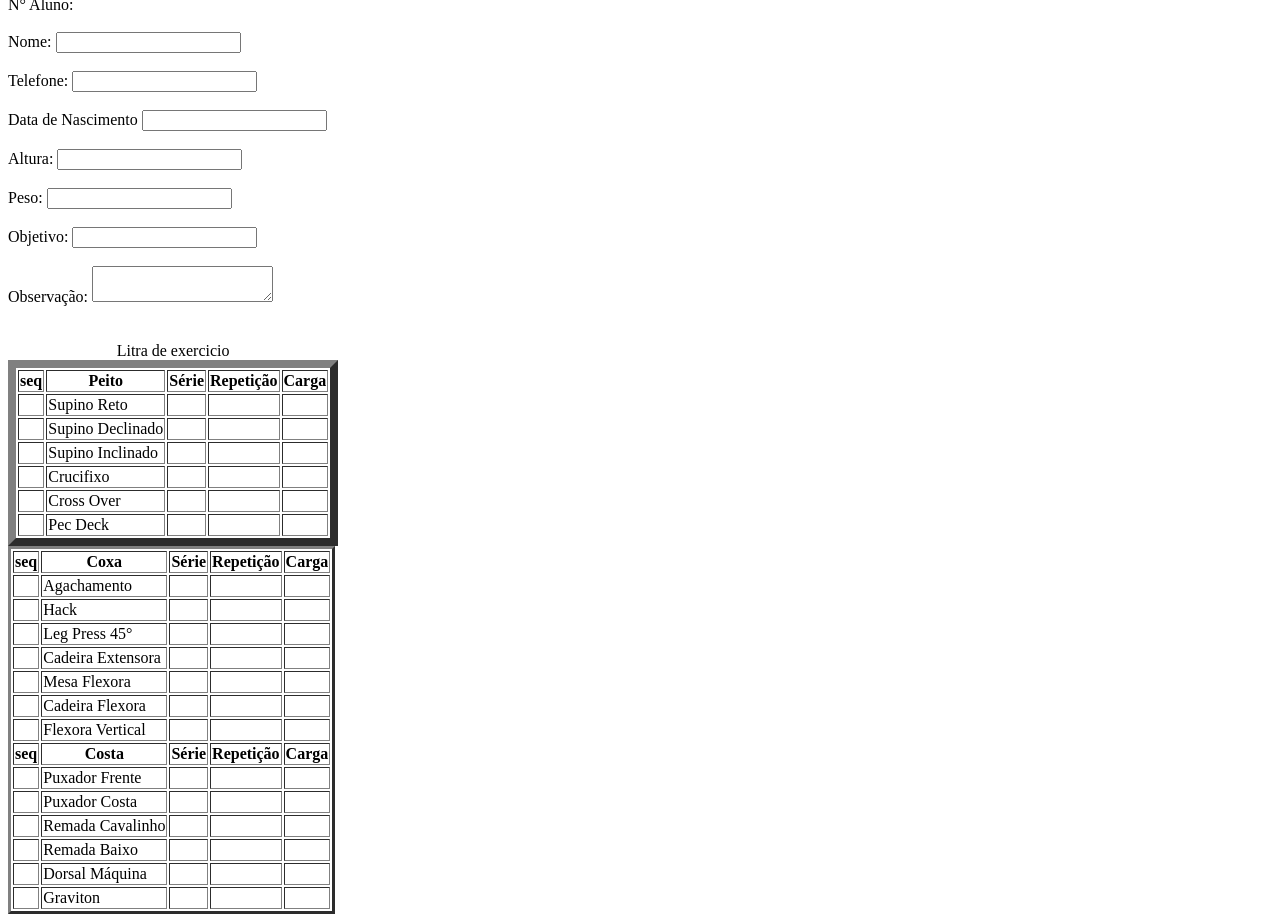
Repository: luisjonson/ProjetoWebAcademia
Page: Projeto_Web/RepositorioWebProject/WebContent/FichaAluno.html
These files come from the project's save history. The page is drawn as it stood at one moment and after the next save; the edit follows.
The browser window is 1280 px wide. The pictures show the part of the page from y = 340 to 1262 px (the page is 1262 px tall before and 1254 px after).
A picture or video elsewhere on the page could not be fetched, so the positions and the page height are approximate.

Above is the page before, as saved 2017-04-05 02:37:49.

### Projeto_Web/RepositorioWebProject/WebContent/FichaAluno.html
<!DOCTYPE html>
<html>
<head>
<meta charset="utf-8">
<title>Insert title here</title>
</head>

<figure>
	<img alt="Smart-Fit"
		src="C:/Users/nano/workspace/Projeto_Web/RepositorioWebProject/WebContent/WEB-INF/Imagem/Smart.png">
</figure>

<body>



	<form action="Cadastro" method="post">



		 <label>N° Aluno:</label><br><br>
		 <label>Nome: <input  name="nome" ></label><br><br>
		 <label>Telefone: <input name="telefone" ></label><br><br>
		 <label>Data de Nascimento <input name="dataDeNascimento"></label><br><br>
		 <label>Altura: <input type="text" name="Altura" required ></label><br><br>
		 <label>Peso: <input name="Peso" ></label><br><br>
		 <label>Objetivo: <input name="objetivo" ></label><br><br>
		 		Observação: <textarea name="obsevação"></textarea>
	</form><br><br>

	<table border="8">

		<caption>Litra de exercicio</caption>

			<tr>
				<th>seq</th>
				<th>Peito</th>
				<th>Série</th>
				<th>Repetição</th>
				<th>Carga</th>
			</tr>


			<tr>
				<td></td>
				<td>Supino Reto</td>
				<td></td>
				<td></td>
				<td></td>
			</tr>

				<tr>
				<td></td>
				<td>Supino Declinado</td>
				<td></td>
				<td></td>
				<td></td>
			</tr>

				<tr>
				<td></td>
				<td>Supino Inclinado</td>
				<td></td>
				<td></td>
				<td></td>
			</tr>

				<tr>
				<td></td>
				<td>Crucifixo</td>
				<td></td>
				<td></td>
				<td></td>
			</tr>

				<tr>
				<td></td>
				<td>Cross Over</td>
				<td></td>
				<td></td>
				<td></td>
			</tr>

				<tr>
				<td></td>
				<td>Pec Deck</td>
				<td></td>
				<td></td>
				<td></td>
			</tr>

	</table>

	<table  border="3">

	    	<tr>
				<th>seq</th>
				<th>Coxa</th>
				<th>Série</th>
				<th>Repetição</th>
				<th>Carga</th>
			</tr>

			<tr>
				<td></td>
				<td>Agachamento</td>
				<td></td>
				<td></td>
				<td></td>
			</tr>

			<tr>
				<td></td>
				<td>Hack</td>
				<td></td>
				<td></td>
				<td></td>
			</tr>

			<tr>
				<td></td>
				<td>Leg Press 45°</td>
				<td></td>
				<td></td>
				<td></td>
			</tr>

			<tr>
				<td></td>
				<td>Cadeira Extensora</td>
				<td></td>
				<td></td>
				<td></td>
			</tr>

			<tr>
				<td></td>
				<td>Mesa Flexora</td>
				<td></td>
				<td></td>
				<td></td>
			</tr>

			<tr>
				<td></td>
				<td>Cadeira Flexora</td>
				<td></td>
				<td></td>
				<td></td>
			</tr>

			<tr>
				<td></td>
				<td>Flexora Vertical</td>
				<td></td>
				<td></td>
				<td></td>
			</tr>

			<tr>
				<th>seq</th>
				<th>Costa</th>
				<th>Série</th>
				<th>Repetição</th>
				<th>Carga</th>
			</tr>

			<tr>
				<td></td>
				<td>Puxador Frente</td>
				<td></td>
				<td></td>
				<td></td>
			</tr>

			<tr>
				<td></td>
				<td>Puxador Costa</td>
				<td></td>
				<td></td>
				<td></td>
			</tr>

			<tr>
				<td></td>
				<td>Remada Cavalinho</td>
				<td></td>
				<td></td>
				<td></td>
			</tr>

			<tr>
				<td></td>
				<td>Remada Baixo</td>
				<td></td>
				<td></td>
				<td></td>
			</tr>

			<tr>
				<td></td>
				<td>Dorsal Máquina</td>
				<td></td>
				<td></td>
				<td></td>
			</tr>

			<tr>
				<td></td>
				<td>Graviton</td>
				<td></td>
				<td></td>
				<td></td>
			</tr>
	</table>
</body>
</html>

After the next save:
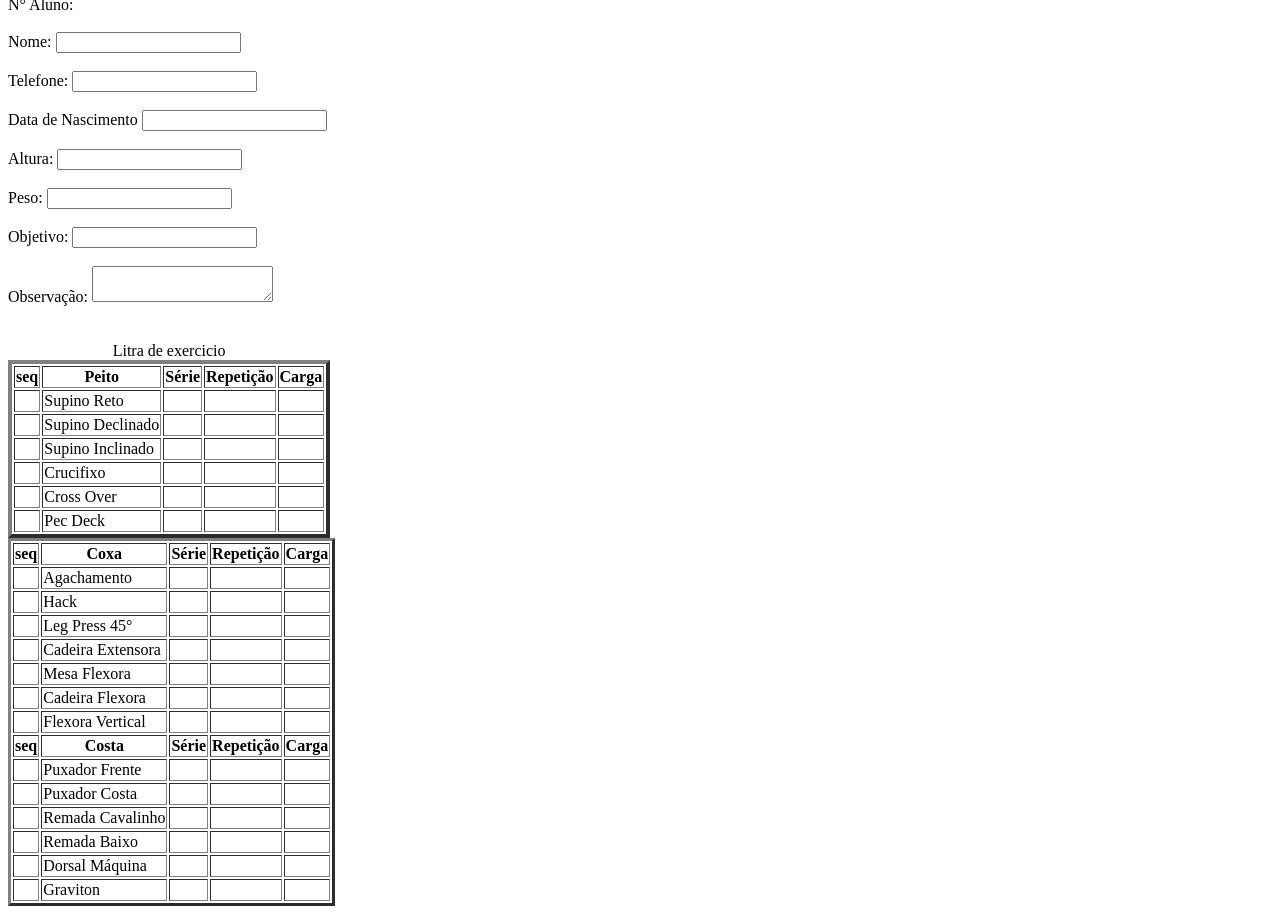
Saved 24 s later.
--- a/Projeto_Web/RepositorioWebProject/WebContent/FichaAluno.html
+++ b/Projeto_Web/RepositorioWebProject/WebContent/FichaAluno.html
@@ -28,7 +28,7 @@
 		 		Observação: <textarea name="obsevação"></textarea>
 	</form><br><br>
 
-	<table border="8">
+	<table border="4">
 
 		<caption>Litra de exercicio</caption>
 
